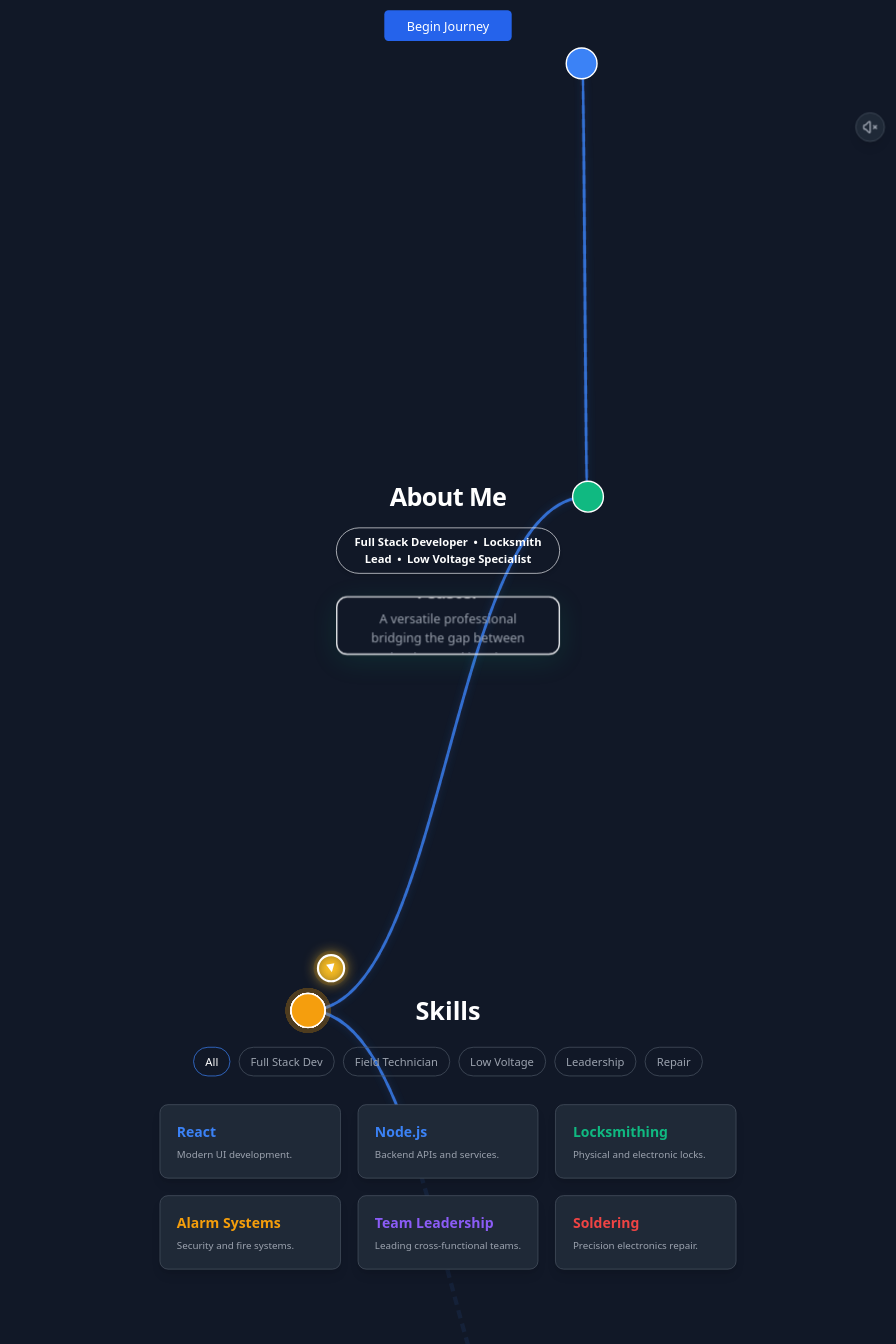
Repository: Mrguru2024/MyResumeSite
Page: /
These files come from the project's save history. The page is drawn as it stood at one moment and after the next save; the edit follows.
The browser window is 1280 px wide. The pictures show the part of the page from y = 501 to 2421 px (the page is 5996 px tall), at 70% of full size.
The project was rebuilt for these pictures with package versions that can differ from the ones it lists, and the page was loaded fresh each time. The framework's server and built-in components were replaced by stand-ins that run in the browser. Also part of the build but not shown: next.config.mjs.

Above is the page before, as saved 2025-05-11 17:14:51.

### src/app/layout.tsx
import type { Metadata } from "next";
import { Inter } from "next/font/google";
import "./globals.css";

const inter = Inter({
  subsets: ["latin"],
  display: "swap",
  variable: "--font-inter",
});

export const metadata: Metadata = {
  title: "Anthony 'Mrguru' Feaster - Interactive Resume",
  description: "Interactive resume website showcasing Anthony Feaster's skills, experience, and projects",
};

export default function RootLayout({
  children,
}: {
  children: React.ReactNode;
}) {
  return (
    <html lang="en" className="scroll-smooth">
      <body className={`${inter.variable} font-sans antialiased`}>
        {children}
      </body>
    </html>
  );
}

### src/app/globals.css
@tailwind base;
@tailwind components;
@tailwind utilities;

@layer base {
  :root {
    --background: 0 0% 100%;
    --foreground: 222.2 84% 4.9%;
    --card: 0 0% 100%;
    --card-foreground: 222.2 84% 4.9%;
    --popover: 0 0% 100%;
    --popover-foreground: 222.2 84% 4.9%;
    --primary: 221.2 83.2% 53.3%;
    --primary-foreground: 210 40% 98%;
    --secondary: 210 40% 96.1%;
    --secondary-foreground: 222.2 47.4% 11.2%;
    --muted: 210 40% 96.1%;
    --muted-foreground: 215.4 16.3% 46.9%;
    --accent: 210 40% 96.1%;
    --accent-foreground: 222.2 47.4% 11.2%;
    --destructive: 0 84.2% 60.2%;
    --destructive-foreground: 210 40% 98%;
    --border: 214.3 31.8% 91.4%;
    --input: 214.3 31.8% 91.4%;
    --ring: 221.2 83.2% 53.3%;
    --radius: 0.5rem;
  }

  .dark {
    --background: 222.2 84% 4.9%;
    --foreground: 210 40% 98%;
    --card: 222.2 84% 4.9%;
    --card-foreground: 210 40% 98%;
    --popover: 222.2 84% 4.9%;
    --popover-foreground: 210 40% 98%;
    --primary: 217.2 91.2% 59.8%;
    --primary-foreground: 222.2 47.4% 11.2%;
    --secondary: 217.2 32.6% 17.5%;
    --secondary-foreground: 210 40% 98%;
    --muted: 217.2 32.6% 17.5%;
    --muted-foreground: 215 20.2% 65.1%;
    --accent: 217.2 32.6% 17.5%;
    --accent-foreground: 210 40% 98%;
    --destructive: 0 62.8% 30.6%;
    --destructive-foreground: 210 40% 98%;
    --border: 217.2 32.6% 17.5%;
    --input: 217.2 32.6% 17.5%;
    --ring: 224.3 76.3% 48%;
  }
}

@layer utilities {
  .perspective-1000 {
    perspective: 1000px;
  }

  .transform-style-3d {
    transform-style: preserve-3d;
  }

  .backface-hidden {
    backface-visibility: hidden;
  }

  .rotate-y-180 {
    transform: rotateY(180deg);
  }
}

html {
  scroll-behavior: smooth;
}

### src/components/sections/About/index.tsx
"use client";
import { useState, useContext, useRef } from "react";
import { motion, AnimatePresence } from "framer-motion";
import { cn } from "@/lib/utils";
import { ActiveSectionContext } from "@/context/ActiveSectionContext";

const ABOUT_COLOR = "#10b981";

export default function About() {
  const [isFlipped, setIsFlipped] = useState(false);
  const { active } = useContext(ActiveSectionContext);
  const sectionIndex = 1; // About is the second section (0 = Hero)
  const isActive = active === sectionIndex;
  const cardRef = useRef<HTMLButtonElement>(null);
  const [tilt, setTilt] = useState({ x: 0, y: 0 });

  // Flip card automatically when About is active
  // (but allow manual flip as well)
  // Only auto-flip to back ONCE per activation
  const [autoFlipped, setAutoFlipped] = useState(false);
  if (isActive && !autoFlipped && !isFlipped) {
    setTimeout(() => {
      setIsFlipped(true);
      setAutoFlipped(true);
    }, 400);
  } else if (!isActive && autoFlipped) {
    setIsFlipped(false);
    setAutoFlipped(false);
  }

  // 3D tilt effect on mouse move
  function handleMouseMove(e: React.MouseEvent) {
    const card = cardRef.current;
    if (!card) return;
    const rect = card.getBoundingClientRect();
    const x = ((e.clientX - rect.left) / rect.width - 0.5) * 2;
    const y = ((e.clientY - rect.top) / rect.height - 0.5) * 2;
    setTilt({ x, y });
  }
  function handleMouseLeave() {
    setTilt({ x: 0, y: 0 });
  }

  return (
    <section className="min-h-screen flex flex-col items-center justify-center relative pt-32 overflow-hidden">
      {/* Animated SVG/CSS background pattern */}
      <AnimatePresence>
        {isActive && (
          <motion.div
            key="about-bg-pattern"
            initial={{ opacity: 0 }}
            animate={{ opacity: 0.18 }}
            exit={{ opacity: 0 }}
            transition={{ duration: 1 }}
            className="absolute inset-0 z-0 pointer-events-none"
            aria-hidden
          >
            <svg
              width="100%"
              height="100%"
              className="w-full h-full"
              viewBox="0 0 800 600"
              fill="none"
              xmlns="http://www.w3.org/2000/svg"
            >
              <defs>
                <radialGradient
                  id="aboutBgGrad"
                  cx="50%"
                  cy="40%"
                  r="80%"
                  fx="50%"
                  fy="40%"
                >
                  <stop offset="0%" stopColor="#10b981" stopOpacity="0.18" />
                  <stop offset="100%" stopColor="transparent" />
                </radialGradient>
              </defs>
              <rect width="800" height="600" fill="url(#aboutBgGrad)" />
              <g stroke="#10b981" strokeWidth="0.5" opacity="0.18">
                {[...Array(12)].map((_, i) => (
                  <circle
                    key={i}
                    cx={400}
                    cy={300}
                    r={40 + i * 40}
                    fill="none"
                  />
                ))}
              </g>
            </svg>
          </motion.div>
        )}
      </AnimatePresence>
      {/* Animated background accent when active */}
      <AnimatePresence>
        {isActive && (
          <motion.div
            key="about-accent"
            initial={{ opacity: 0, scale: 0.9 }}
            animate={{ opacity: 0.25, scale: 1 }}
            exit={{ opacity: 0, scale: 0.9 }}
            transition={{ duration: 0.7, type: "spring" }}
            className="absolute inset-0 z-0 pointer-events-none"
            style={{
              background:
                "radial-gradient(circle at 50% 40%, #10b98155 0%, transparent 70%)",
              filter: "blur(32px)",
            }}
            aria-hidden
          />
        )}
      </AnimatePresence>
      <div className="container mx-auto px-4 sm:px-6 lg:px-8 bg-transparent">
        <motion.div
          className="w-full max-w-3xl xl:max-w-4xl mx-auto"
          initial={{ opacity: 0, y: 40 }}
          animate={{ opacity: 1, y: 0 }}
          transition={{ duration: 0.7, delay: 0.2 }}
        >
          <h2 className="text-3xl sm:text-4xl font-extrabold text-text-primary mb-4 sm:mb-6 text-center tracking-tight drop-shadow-lg">
            About Me
          </h2>
          {/* Badge above card, always readable, never flips */}
          <motion.div
            className="mb-6 sm:mb-8 mt-2 px-3 sm:px-5 py-1.5 sm:py-2 rounded-full bg-emerald-500/90 text-white font-semibold text-xs sm:text-base shadow-md border border-white/20 backdrop-blur-md max-w-[90vw] sm:max-w-xs text-center whitespace-pre-line"
            initial={{ opacity: 0, y: -10 }}
            animate={{ opacity: 1, y: 0 }}
            transition={{ delay: 0.2, duration: 0.5 }}
            style={{ zIndex: 2 }}
          >
            <span className="block sm:inline">Full Stack Developer</span>
            <span className="hidden sm:inline mx-2">•</span>
            <span className="block sm:inline">Locksmith Lead</span>
            <span className="hidden sm:inline mx-2">•</span>
            <span className="block sm:inline">Low Voltage Specialist</span>
          </motion.div>
          {/* Card flip container with perspective */}
          <div className="flex justify-center items-center mt-4 sm:mt-8">
            <div
              className="relative w-full max-w-md xl:max-w-lg min-h-[300px] max-h-[80vh] md:min-h-[380px] md:max-h-[80vh]"
              style={{ perspective: 1200 }}
            >
              <motion.div
                className="absolute inset-0 w-full h-full"
                style={{
                  transformStyle: "preserve-3d",
                  transform: `rotateY(${isFlipped ? 180 : 0}deg)`,
                }}
                transition={{ type: "spring", stiffness: 80, damping: 18 }}
              >
                {/* Card Front */}
                <motion.div
                  className={cn(
                    "absolute w-full h-full rounded-2xl p-4 sm:p-6 md:p-10 shadow-2xl flex flex-col items-center justify-center border-2 border-transparent bg-white/30 dark:bg-background-dark/60 backdrop-blur-xl z-10 overflow-y-auto",
                    isFlipped && "pointer-events-none opacity-0"
                  )}
                  style={{
                    boxShadow: "0 8px 40px 0 #10b98122, 0 1.5px 8px #0002",
                    borderImage: isActive
                      ? "linear-gradient(90deg, #10b981 0%, #22d3ee 100%) 1"
                      : undefined,
                    borderColor: isActive ? "#10b981" : "#e5e7eb",
                    transition: "border-color 0.4s, box-shadow 0.4s",
                  }}
                  initial={{ opacity: 1 }}
                  animate={{ opacity: isFlipped ? 0 : 1 }}
                  transition={{ duration: 0.4 }}
                  tabIndex={0}
                  aria-label="About card front"
                >
                  {/* Avatar with pulse/shine when active */}
                  <motion.div
                    className="w-20 h-20 sm:w-24 sm:h-24 md:w-32 md:h-32 rounded-full bg-gradient-to-br from-emerald-400 to-emerald-700 border-4 border-white shadow-lg mb-4 sm:mb-6 flex items-center justify-center overflow-hidden"
                    initial={{ scale: 0.8, opacity: 0 }}
                    animate={{
                      scale: isActive ? [1, 1.08, 1] : 1,
                      opacity: 1,
                      boxShadow: isActive
                        ? [
                            "0 0 0 0 #10b98155",
                            "0 0 32px 8px #10b98155",
                            "0 0 0 0 #10b98155",
                          ]
                        : "0 0 0 0 #10b98155",
                    }}
                    transition={{
                      duration: 1.2,
                      repeat: isActive ? Infinity : 0,
                      ease: "easeInOut",
                    }}
                  >
                    {/* Replace with actual avatar image if available */}
                    <span className="text-4xl sm:text-5xl md:text-6xl">👤</span>
                  </motion.div>
                  {/* Divider */}
                  <motion.div
                    className="w-16 sm:w-20 md:w-24 h-1 rounded-full bg-gradient-to-r from-emerald-400 via-emerald-300 to-emerald-500 mb-4 sm:mb-6"
                    initial={{ scaleX: 0 }}
                    animate={{ scaleX: 1 }}
                    transition={{ delay: 0.35, duration: 0.5 }}
                  />
                  <motion.h3
                    className="text-lg sm:text-xl md:text-2xl font-extrabold text-text-primary text-center mb-2 drop-shadow"
                    initial={{ opacity: 0, y: 20 }}
                    animate={{ opacity: 1, y: 0 }}
                    transition={{ delay: 0.2, duration: 0.6 }}
                  >
                    Anthony "Mrguru" Feaster
                  </motion.h3>
                  <motion.p
                    className="text-sm sm:text-base md:text-lg text-text-secondary text-center mb-2"
                    initial={{ opacity: 0, y: 20 }}
                    animate={{ opacity: 1, y: 0 }}
                    transition={{ delay: 0.3, duration: 0.6 }}
                  >
                    A versatile professional bridging the gap between technology
                    and hands-on expertise.
                  </motion.p>
                  <motion.span
                    className="mt-2 text-xs sm:text-sm md:text-base text-emerald-500 font-mono tracking-wide"
                    initial={{ opacity: 0 }}
                    animate={{ opacity: 1 }}
                    transition={{ delay: 0.7, duration: 0.5 }}
                  >
                    (Click or tap to reveal more)
                  </motion.span>
                </motion.div>
                {/* Card Back */}
                <motion.div
                  className={cn(
                    "absolute w-full h-full rounded-2xl p-4 sm:p-6 md:p-10 shadow-2xl flex flex-col justify-center border-2 border-transparent bg-background-dark/90 dark:bg-white/90 backdrop-blur-xl rotate-y-180 overflow-y-auto",
                    !isFlipped && "pointer-events-none opacity-0"
                  )}
                  style={{
                    boxShadow: "0 8px 40px 0 #10b98122, 0 1.5px 8px #0002",
                    borderImage: isActive
                      ? "linear-gradient(90deg, #10b981 0%, #22d3ee 100%) 1"
                      : undefined,
                    borderColor: isActive ? "#10b981" : "#e5e7eb",
                    transition: "border-color 0.4s, box-shadow 0.4s",
                  }}
                  initial={{ opacity: 0 }}
                  animate={{ opacity: isFlipped ? 1 : 0 }}
                  transition={{ duration: 0.4 }}
                  tabIndex={0}
                  aria-label="About card back"
                >
                  <motion.h3
                    className="text-lg sm:text-xl md:text-2xl font-extrabold text-text-primary mb-4 text-center drop-shadow"
                    initial={{ opacity: 0, y: 20 }}
                    animate={{ opacity: 1, y: 0 }}
                    transition={{ delay: 0.1, duration: 0.5 }}
                  >
                    Professional Summary
                  </motion.h3>
                  <motion.p
                    className="text-sm sm:text-base md:text-lg text-text-secondary mb-4 text-center"
                    initial={{ opacity: 0, y: 20 }}
                    animate={{ opacity: 1, y: 0 }}
                    transition={{ delay: 0.2, duration: 0.5 }}
                  >
                    As a Full Stack Developer and Field Technician, I combine
                    technical expertise with practical problem-solving skills.
                    My experience spans from developing modern web applications
                    to hands-on locksmith and low voltage work.
                  </motion.p>
                  <motion.p
                    className="text-sm sm:text-base md:text-lg text-text-secondary text-center"
                    initial={{ opacity: 0, y: 20 }}
                    animate={{ opacity: 1, y: 0 }}
                    transition={{ delay: 0.3, duration: 0.5 }}
                  >
                    I lead teams, manage projects, and deliver solutions that
                    make a real impact. Whether it's coding, fixing, or
                    building, I'm passionate about creating efficient, reliable
                    systems that solve real-world problems.
                  </motion.p>
                  <motion.span
                    className="mt-4 text-xs sm:text-sm md:text-base text-emerald-500 font-mono tracking-wide text-center"
                    initial={{ opacity: 0 }}
                    animate={{ opacity: 1 }}
                    transition={{ delay: 0.5, duration: 0.5 }}
                  >
                    (Click or tap to flip back)
                  </motion.span>
                </motion.div>
              </motion.div>
              {/* Clickable area for flipping only covers the card */}
              <button
                className="absolute inset-0 w-full h-full z-20 bg-transparent border-0 cursor-pointer focus:outline-none"
                aria-label="Flip about card"
                tabIndex={0}
                onClick={() => setIsFlipped((f) => !f)}
                style={{ background: "none" }}
              />
            </div>
          </div>
        </motion.div>
      </div>
    </section>
  );
}

### src/context/ActiveSectionContext.tsx
import { createContext } from "react";

export const ActiveSectionContext = createContext({
  active: 0,
  setActive: (i: number) => {},
});

### src/components/ui/Button/index.tsx
import { ButtonHTMLAttributes, forwardRef } from "react";
import { cn } from "@/lib/utils";

interface ButtonProps extends ButtonHTMLAttributes<HTMLButtonElement> {
  variant?: "primary" | "secondary" | "outline";
  size?: "sm" | "md" | "lg";
}

const Button = forwardRef<HTMLButtonElement, ButtonProps>(
  ({ className, variant = "primary", size = "md", ...props }, ref) => {
    return (
      <button
        className={cn(
          "inline-flex items-center justify-center rounded-md font-medium transition-colors focus-visible:outline-none focus-visible:ring-2 focus-visible:ring-ring focus-visible:ring-offset-2 disabled:opacity-50 disabled:pointer-events-none",
          {
            "bg-button-primary text-button-text hover:bg-button-primaryHover":
              variant === "primary",
            "bg-secondary text-white hover:bg-secondary/90":
              variant === "secondary",
            "border border-input bg-background hover:bg-accent hover:text-accent-foreground":
              variant === "outline",
            "h-9 px-3 text-sm": size === "sm",
            "h-10 px-4 py-2": size === "md",
            "h-11 px-8 text-lg": size === "lg",
          },
          className
        )}
        ref={ref}
        {...props}
      />
    );
  }
);

Button.displayName = "Button";

export default Button;

### src/lib/utils.ts
import { type ClassValue, clsx } from "clsx";
import { twMerge } from "tailwind-merge";

export function cn(...inputs: ClassValue[]) {
  return twMerge(clsx(...inputs));
}

Loaded but not shown: tailwind.config.js (54 lines, source omitted); src/components/ui/BlueprintRoute/index.tsx (676 lines, source omitted); src/components/sections/Portfolio/index.tsx (201 lines, source omitted); src/components/sections/Skills/index.tsx (187 lines, source omitted); src/components/sections/Experience/index.tsx (105 lines, source omitted); src/app/page.tsx (97 lines, source omitted); src/components/sections/Hero/index.tsx (83 lines, source omitted)

After the next save:
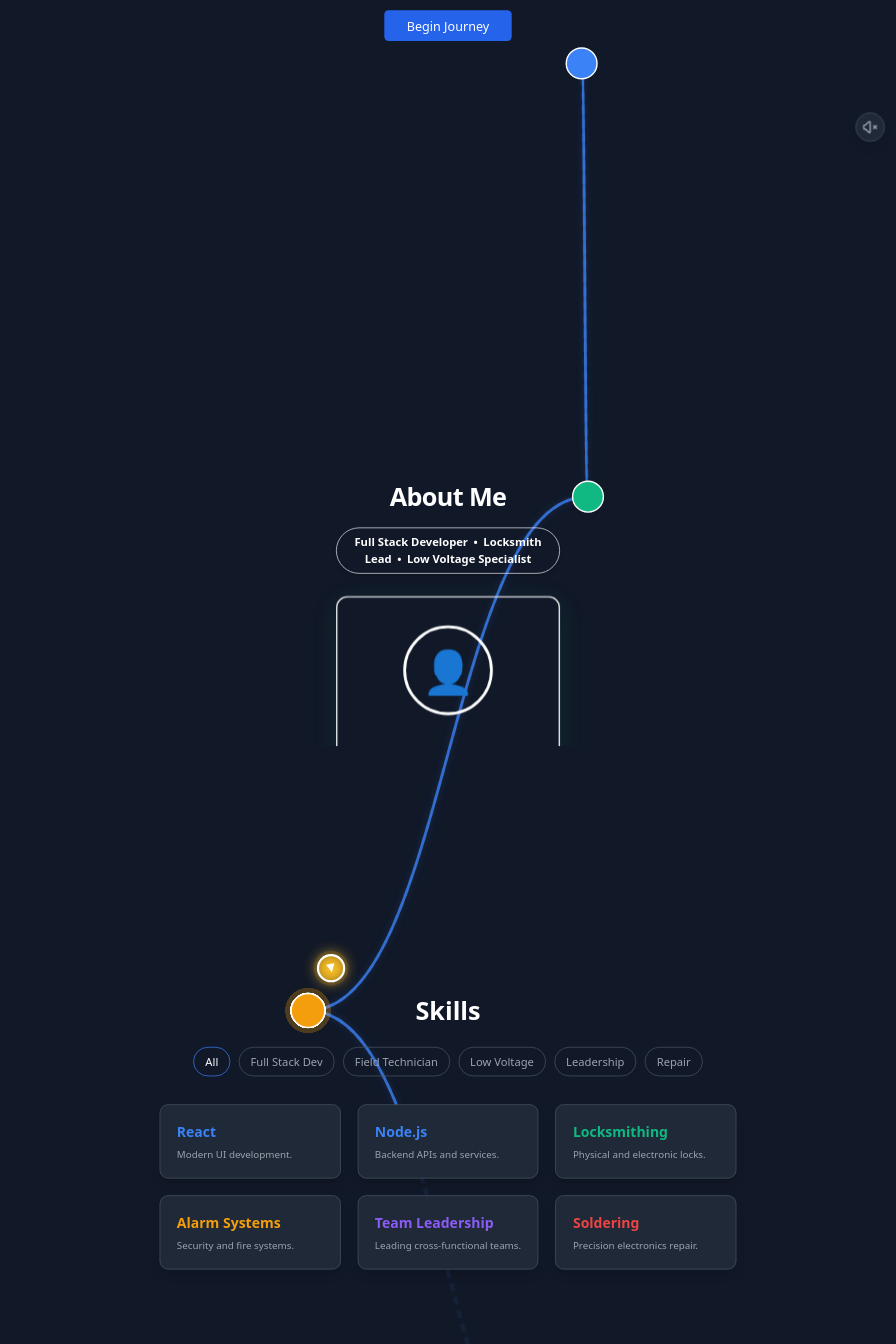
Saved 3 min 0 s later.
--- a/src/components/sections/About/index.tsx
+++ b/src/components/sections/About/index.tsx
@@ -137,22 +137,24 @@
           </motion.div>
           {/* Card flip container with perspective */}
           <div className="flex justify-center items-center mt-4 sm:mt-8">
-            <div
-              className="relative w-full max-w-md xl:max-w-lg min-h-[300px] max-h-[80vh] md:min-h-[380px] md:max-h-[80vh]"
+            <motion.div
+              className="relative w-full max-w-md xl:max-w-lg"
               style={{ perspective: 1200 }}
+              layout
             >
               <motion.div
-                className="absolute inset-0 w-full h-full"
+                className="absolute inset-0 w-full"
                 style={{
                   transformStyle: "preserve-3d",
                   transform: `rotateY(${isFlipped ? 180 : 0}deg)`,
                 }}
                 transition={{ type: "spring", stiffness: 80, damping: 18 }}
+                layout
               >
                 {/* Card Front */}
                 <motion.div
                   className={cn(
-                    "absolute w-full h-full rounded-2xl p-4 sm:p-6 md:p-10 shadow-2xl flex flex-col items-center justify-center border-2 border-transparent bg-white/30 dark:bg-background-dark/60 backdrop-blur-xl z-10 overflow-y-auto",
+                    "absolute w-full rounded-2xl p-4 sm:p-6 md:p-10 shadow-2xl flex flex-col items-center justify-center border-2 border-transparent bg-white/30 dark:bg-background-dark/60 backdrop-blur-xl z-10",
                     isFlipped && "pointer-events-none opacity-0"
                   )}
                   style={{
@@ -168,6 +170,7 @@
                   transition={{ duration: 0.4 }}
                   tabIndex={0}
                   aria-label="About card front"
+                  layout
                 >
                   {/* Avatar with pulse/shine when active */}
                   <motion.div
@@ -229,7 +232,7 @@
                 {/* Card Back */}
                 <motion.div
                   className={cn(
-                    "absolute w-full h-full rounded-2xl p-4 sm:p-6 md:p-10 shadow-2xl flex flex-col justify-center border-2 border-transparent bg-background-dark/90 dark:bg-white/90 backdrop-blur-xl rotate-y-180 overflow-y-auto",
+                    "absolute w-full rounded-2xl p-4 sm:p-6 md:p-10 shadow-2xl flex flex-col justify-center border-2 border-transparent bg-background-dark/90 dark:bg-white/90 backdrop-blur-xl rotate-y-180 z-10",
                     !isFlipped && "pointer-events-none opacity-0"
                   )}
                   style={{
@@ -245,6 +248,7 @@
                   transition={{ duration: 0.4 }}
                   tabIndex={0}
                   aria-label="About card back"
+                  layout
                 >
                   <motion.h3
                     className="text-lg sm:text-xl md:text-2xl font-extrabold text-text-primary mb-4 text-center drop-shadow"
@@ -294,7 +298,7 @@
                 onClick={() => setIsFlipped((f) => !f)}
                 style={{ background: "none" }}
               />
-            </div>
+            </motion.div>
           </div>
         </motion.div>
       </div>
